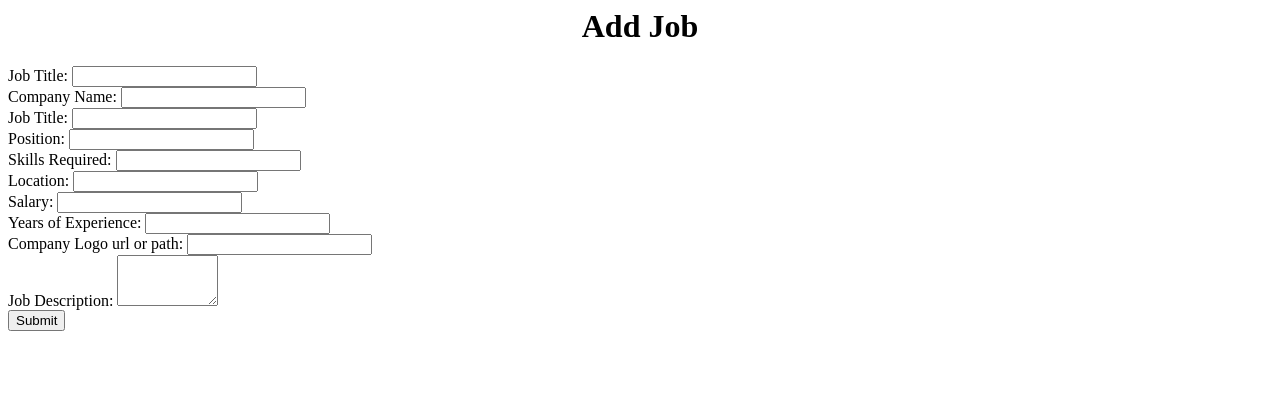
Repository: aneishkumar/AngularJS-Application
Page: Angularjs-Application-march30th/project2/WebContent/addjob.html
The author's editor kept a copy of each file at every save. The page is drawn from the files as they stood at one save, then again after the next save.
The browser window is 1280 px wide. The pictures show the whole page.

Above is the page before, as saved 2018-03-30 08:31:50.

After the next save:
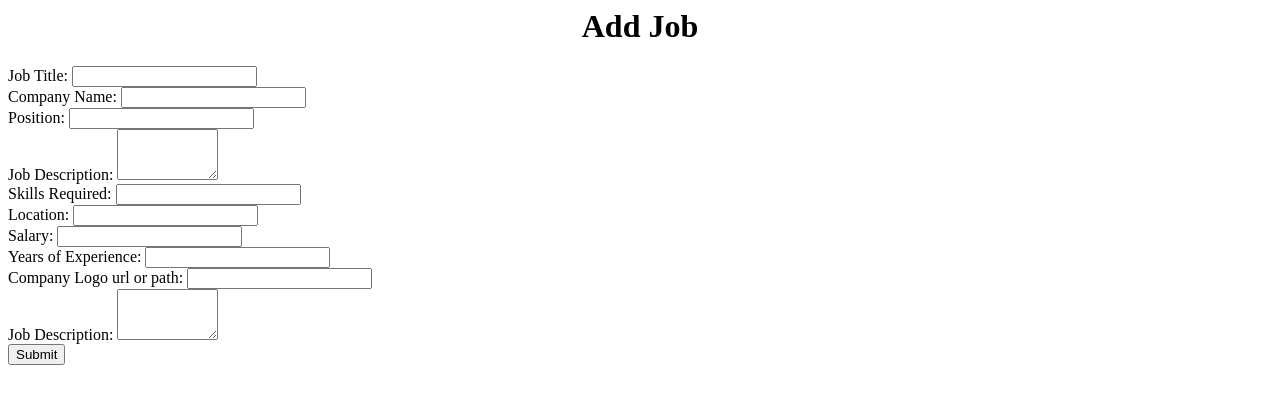
Saved 54 s later.
--- a/Angularjs-Application-march30th/project2/WebContent/addjob.html
+++ b/Angularjs-Application-march30th/project2/WebContent/addjob.html
@@ -9,13 +9,14 @@
 <label>Company Name:</label>
 <input type="text" ng-model="job.companyname">
 </div>
-<div class="form-group">
-<label>Job Title:</label>
-<input type="text" ng-model="job.jobtitle">
-</div>
+
 <div class="form-group">
 <label>Position:</label>
 <input type="text" ng-model="job.position">
+</div>
+<div class="form-group">
+<label>Job Description: </label>
+<textarea  ng-model="job.description" rows="3" cols="10"  class="form-control"></textarea>
 </div>
 <div class="form-group">
 <label>Skills Required:</label>
